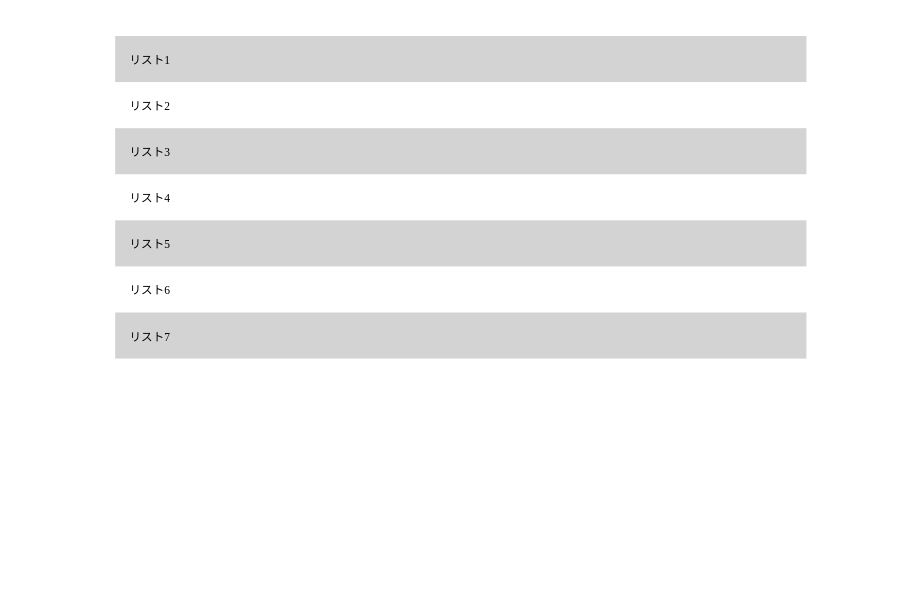
Repository: yuu2310/dmm-webcamp
Page: chapter8_exercise/index.html
The author's editor kept a record of every edit. The page is drawn from the files as they stood at one moment, then again after the next edit.
The browser window is 1280 px wide. The pictures show the whole page, at 72% of full size.

Above is the page before.

After the next edit:
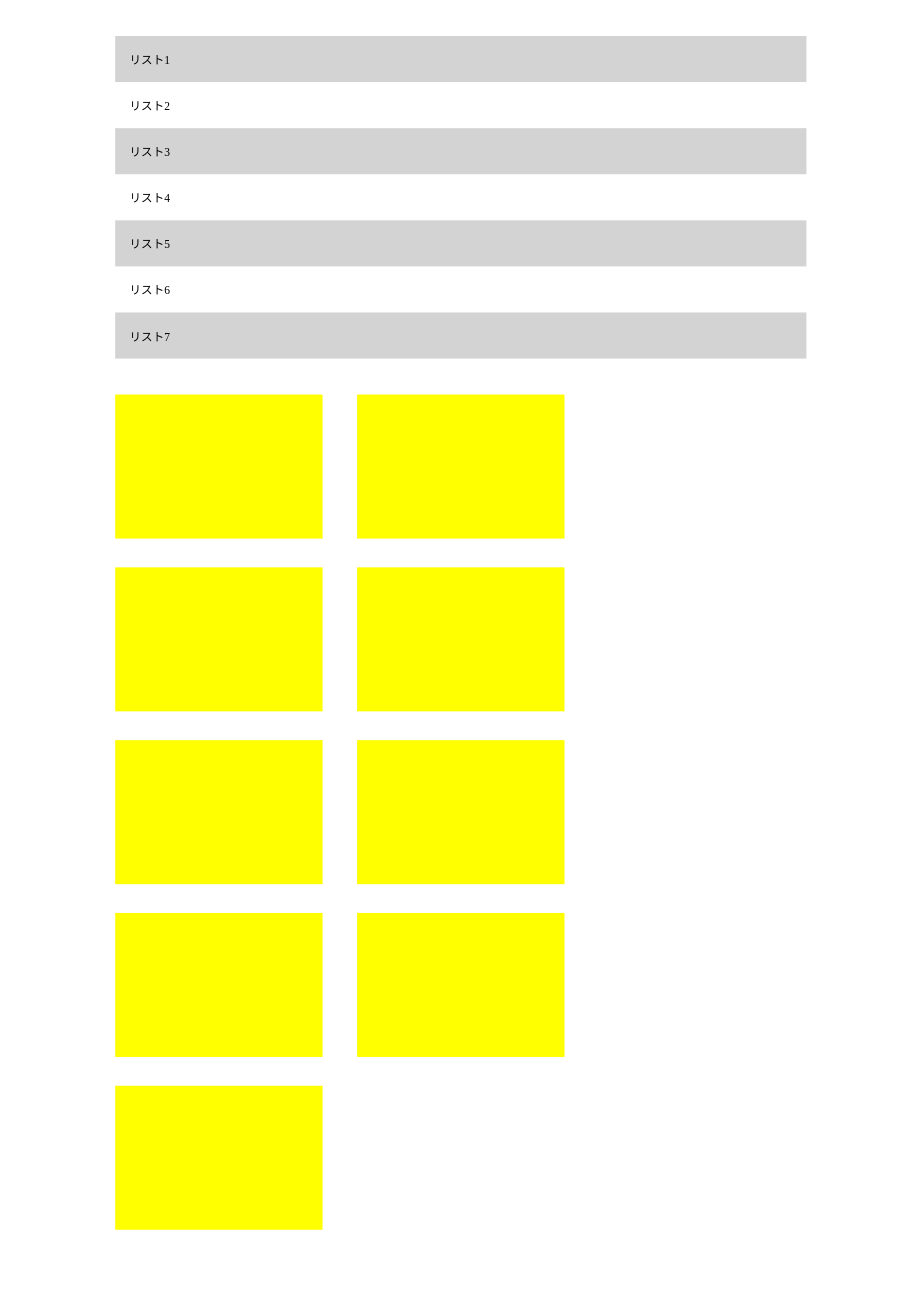
The edit:
--- a/chapter8_exercise/style.css
+++ b/chapter8_exercise/style.css
@@ -28,8 +28,7 @@
 }
 
 .box-list-item {
-
-  width: 30;
+  width: 30%;
   height: 200px;
   margin-right: 5%;
   margin-bottom: 40px;
